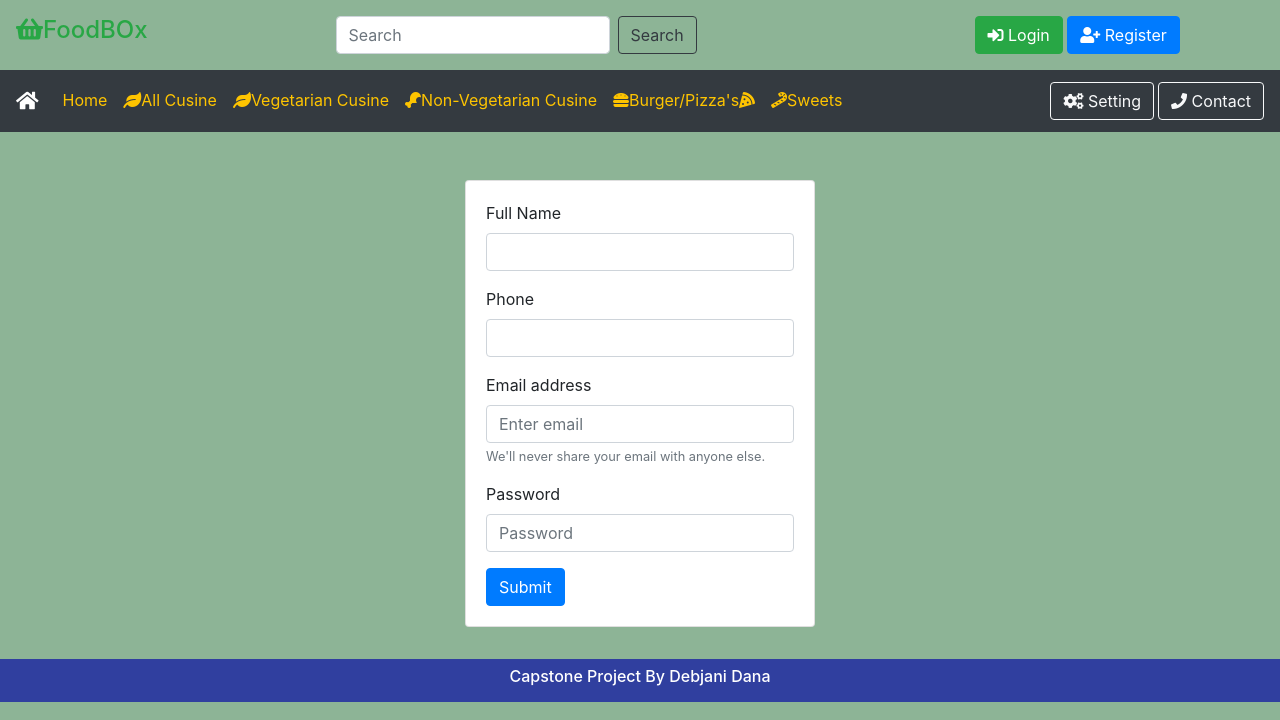
Repository: debjaniprofessional32/Capstone-Final-FoodBox-Delivery-Project
Page: http://localhost/OnlinFoodBOX/Edit_Profile.jsp
The author's editor kept a copy of each file at every save. The page is drawn from the files as they stood at one save, then again after the next save.
The browser window is 1280 px wide. The pictures show the whole page.
Some web libraries are served in a nearby version. The page is served by Tomcat 9. Other server files are loaded and not shown.

Above is the page before, as saved 2022-12-23 11:26:39.

### OnlinFoodBOX/src/main/webapp/Edit_Profile.jsp
<%@ page language="java" contentType="text/html; charset=ISO-8859-1"
    pageEncoding="ISO-8859-1"%>
<!DOCTYPE html>
<html>
<head>
<meta charset="ISO-8859-1">
<title>Edit Profile</title>
<%@include file="all_Component/allCss.jsp"%>
</head>
<body style="background-color:#8DB496 ">
<%@include file="all_Component/navbar.jsp"%>

<div class="container">
<div class="row">
<div class="col-md-4 offset-md-4 mt-5 mb-4">
<div class="card">
<div class="card-body">
<form class="form-horizontal" action="" method="">


<div class="form-group">
    <label for="exampleInputEmail1">Full Name</label>
    <input type="text" class="form-control" id="" aria-describedby="" placeholder="">
      </div>

<div class="form-group">
    <label for="exampleInputEmail1">Phone</label>
    <input type="text" class="form-control" id="" aria-describedby="" placeholder="">
      </div>
      <div class="form-group">
    <label for="exampleInputEmail1">Email address</label>
    <input type="email" class="form-control" id="exampleInputEmail1" aria-describedby="emailHelp" placeholder="Enter email">
    <small id="emailHelp" class="form-text text-muted">We'll never share your email with anyone else.</small>
  </div>
  <div class="form-group">
    <label for="exampleInputPassword1">Password</label>
    <input type="password" class="form-control" id="exampleInputPassword1" placeholder="Password">
  </div>


<button type="submit" class="btn btn-primary">Submit</button>









</form>


</div>



</div>


</div>




</div>




</div>


	<%@include file="all_Component/footer.jsp"%>

</body>
</html>

### OnlinFoodBOX/src/main/webapp/all_Component/allCss.jsp
<link rel="stylesheet"
	href="https://cdn.jsdelivr.net/npm/bootstrap@4.0.0/dist/css/bootstrap.min.css"
	integrity="sha384-Gn5384xqQ1aoWXA+058RXPxPg6fy4IWvTNh0E263XmFcJlSAwiGgFAW/dAiS6JXm"
	crossorigin="anonymous">
<script src="https://code.jquery.com/jquery-3.2.1.slim.min.js"
	integrity="sha384-KJ3o2DKtIkvYIK3UENzmM7KCkRr/rE9/Qpg6aAZGJwFDMVNA/GpGFF93hXpG5KkN"
	crossorigin="anonymous"></script>
<script
	src="https://cdn.jsdelivr.net/npm/popper.js@1.12.9/dist/umd/popper.min.js"
	integrity="sha384-ApNbgh9B+Y1QKtv3Rn7W3mgPxhU9K/ScQsAP7hUibX39j7fakFPskvXusvfa0b4Q"
	crossorigin="anonymous"></script>
<script
	src="https://cdn.jsdelivr.net/npm/bootstrap@4.0.0/dist/js/bootstrap.min.js"
	integrity="sha384-JZR6Spejh4U02d8jOt6vLEHfe/JQGiRRSQQxSfFWpi1MquVdAyjUar5+76PVCmYl"
	crossorigin="anonymous"></script>
<link rel="stylesheet"
	href="https://cdnjs.cloudflare.com/ajax/libs/font-awesome/5.15.3/css/all.min.css"
	integrity="sha512-iBBXm8fW90+nuLcSKlbmrPcLa0OT92xO1BIsZ+ywDWZCvqsWgccV3gFoRBv0z+8dLJgyAHIhR35VZc2oM/gI1w=="
	crossorigin="anonymous" referrerpolicy="no-referrer" />

### OnlinFoodBOX/src/main/webapp/all_Component/navbar.jsp
 <%@ taglib prefix="c" uri="http://java.sun.com/jsp/jstl/core" %>
 <%@ page isELIgnored = "false" %>
 <style type="text/css">
 .navbar {
     background: #000000
 }

 .nav-item::after {
     content: '';
     display: block;
     width: 0px;
     height: 2px;
     background: #fec400;
     transition: 0.4s
 }

 .nav-item:hover::after {
     width: 100%
 }

 .navbar-dark .navbar-nav .active>.nav-link,
 .navbar-dark .navbar-nav .nav-link.active,
 .navbar-dark .navbar-nav .nav-link.show,
 .navbar-dark .navbar-nav .show>.nav-link,
 .navbar-dark .navbar-nav .nav-link:focus,
 .navbar-dark .navbar-nav .nav-link:hover {
     color: #fec400
 }

 .nav-link {
     padding: 10px 5px;
     transition: 0.2s
 }

 body{
     background-color:grey;
 }
</style>
<div class="container-fluid p-3">
	<div class="row">

		<div class="col-md-3 text-success">

<h4><i class='fa fa-shopping-basket'></i>FoodBOx</h4>
		</div>

		<div class="col-md-6">
			<form class="form-inline my-2 my-lg-0">
				<input class="form-control mr-sm-2" type="search"
					placeholder="Search" aria-label="Search">
				<button class="btn btn-outline-dark my-2 my-sm-0" type="submit">Search</button>
			</form>
		</div>
		<c:if test="${not empty userobj}">
		<div class="col-md-3">
		    <a href="checkout.jsp" class="mt-6"><i class='fas fa-cart-plus fa-2x '></i></a>
			<a href="login.jsp" class="btn btn-success"><i class='fas fa-user-plus'></i>&nbsp;${userobj.name}</a>
			<a href="logout" class="btn btn-primary "><i class='fas fa-sign-in-alt'></i>&nbsp;Logout</a>
		</div>

		</c:if>
		<c:if test="${empty userobj}">
		<div class="col-md-3">
			<a href="login.jsp" class="btn btn-success"><i class='fas fa-sign-in-alt'></i>&nbsp;Login</a>
			<a href="rejister.jsp" class="btn btn-primary "><i class='fas fa-user-plus'></i>&nbsp;Register</a>
		</div>

		</c:if>

	</div>



</div>


<nav class="navbar navbar-expand-lg navbar-dark bg-dark">
  <a class="navbar-brand " href="#"><i class="fas fa-home"></i></a>
  <button class="navbar-toggler" type="button" data-toggle="collapse" data-target="#navbarSupportedContent" aria-controls="navbarSupportedContent" aria-expanded="false" aria-label="Toggle navigation">
    <span class="navbar-toggler-icon"></span>
  </button>

  <div class="collapse navbar-collapse" id="navbarSupportedContent">
    <ul class="navbar-nav mr-auto">
      <li class="nav-item active "><a class="nav-link " href="index.jsp">Home <span class="sr-only">(current)</span></a></li>
      <li class="nav-item active"><a class="nav-link" href="all_veg.jsp"><i class="fa fa-leaf"></i>All Cusine</a></li>
      <li class="nav-item active"><a class="nav-link" href="all_veg1.jsp"><i class="fa fa-leaf"></i>Vegetarian Cusine</a></li>
      <li class="nav-item active"><a class="nav-link " href="all_nonveg.jsp"><i class='fas fa-drumstick-bite'></i>Non-Vegetarian Cusine</a></li>
      <li class="nav-item active"><a class="nav-link " href="all_Bpizza.jsp"><i class='fas fa-hamburger'></i>Burger/Pizza's<i class='fas fa-pizza-slice'></i></a></li>
      <li class="nav-item active"><a class="nav-link " href="all_sweet.jsp"><i class='fas fa-candy-cane'></i>Sweets</a></li>
    </ul>
    <form class="form-inline my-2 my-lg-0">
     <a class="btn btn-outline-light my-2 my-sm-0" href="setting.jsp" class="outline-light"><i class='fa fa-cogs '></i>&nbsp;Setting</a>
      <button class="btn btn-outline-light my-2 my-sm-0 ml-1" type="submit"><i class='fa fa-phone'></i>&nbsp;Contact</button>
    </form>
  </div>
</nav>

### OnlinFoodBOX/src/main/webapp/all_Component/footer.jsp
<div class="container-fluid text-center text-white p-2 mt-2" style="background-color:#303f9f;">
<h6>Capstone Project By Debjani Dana</h6>

</div>

After the next save:
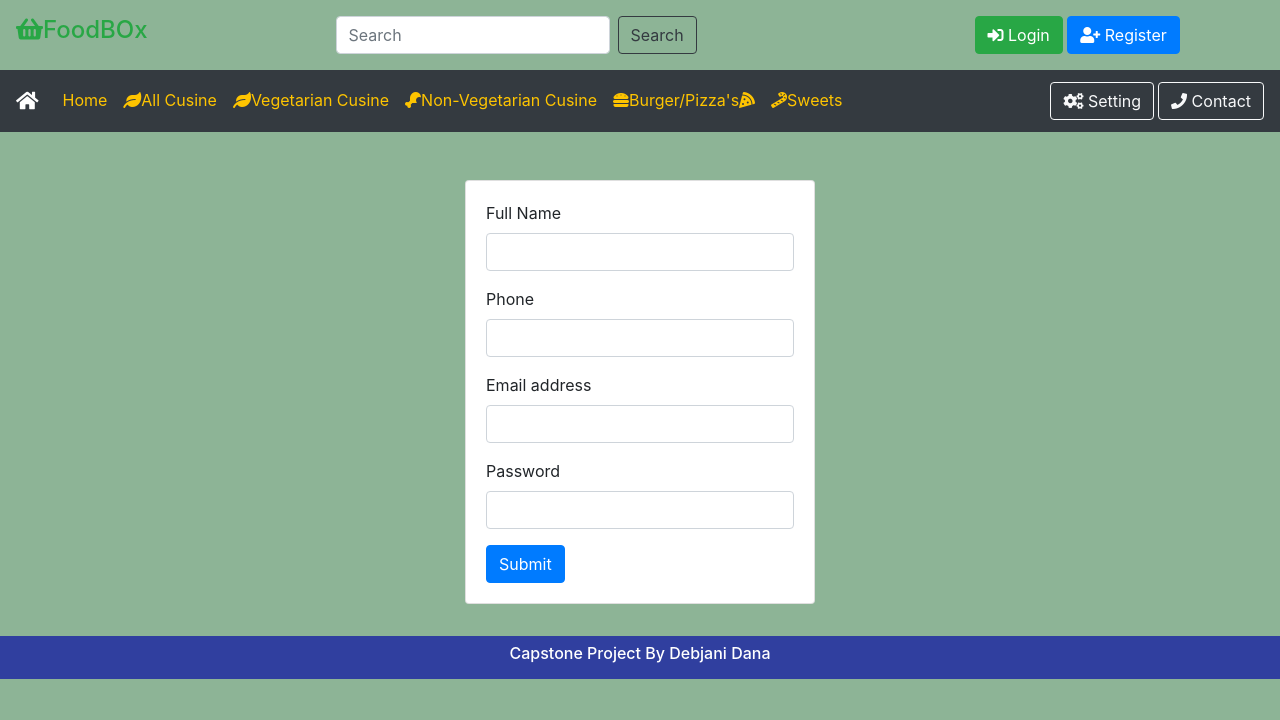
Saved 109 s later.
--- a/OnlinFoodBOX/src/main/webapp/Edit_Profile.jsp
+++ b/OnlinFoodBOX/src/main/webapp/Edit_Profile.jsp
@@ -20,21 +20,21 @@
 
 <div class="form-group">
     <label for="exampleInputEmail1">Full Name</label>
-    <input type="text" class="form-control" id="" aria-describedby="" placeholder="">
+    <input type="text" class="form-control" id="exampleInputEmail1" aria-describedby="emailHelp" name="name">
       </div>
 
 <div class="form-group">
     <label for="exampleInputEmail1">Phone</label>
-    <input type="text" class="form-control" id="" aria-describedby="" placeholder="">
+    <input type="text" class="form-control" id="exampleInputEmail1" aria-describedby="emailHelp" name="phone">
       </div>
       <div class="form-group">
     <label for="exampleInputEmail1">Email address</label>
-    <input type="email" class="form-control" id="exampleInputEmail1" aria-describedby="emailHelp" placeholder="Enter email">
-    <small id="emailHelp" class="form-text text-muted">We'll never share your email with anyone else.</small>
+    <input type="email" class="form-control" id="exampleInputEmail1" aria-describedby="emailHelp" name="email">
+
   </div>
   <div class="form-group">
     <label for="exampleInputPassword1">Password</label>
-    <input type="password" class="form-control" id="exampleInputPassword1" placeholder="Password">
+    <input type="password" class="form-control" id="exampleInputPassword1" name="password">
   </div>
 
 
